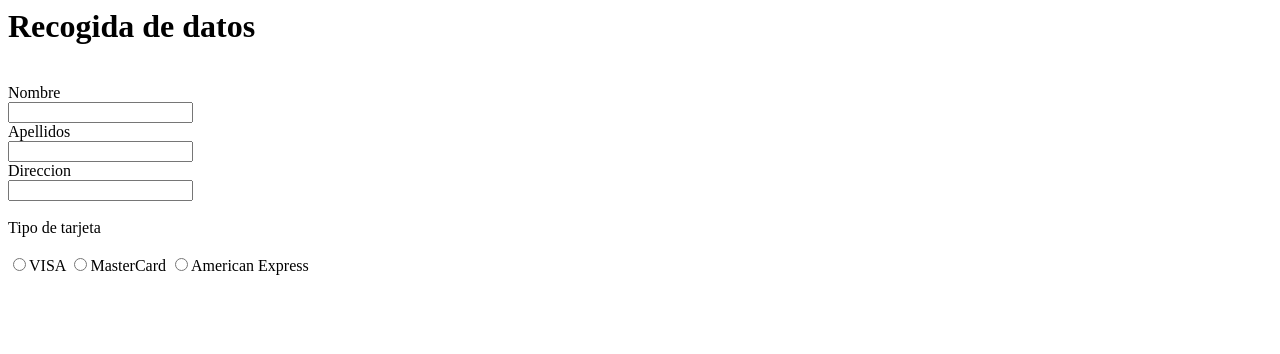
Repository: juvaga2000/eclipsetemp
Page: EjerciciosT1/src/main/webapp/ejer3.html
An editor plug-in stored every save of this project. The page is shown before and after the next save, followed by the edit.
The browser window is 1280 px wide. The pictures show the whole page.

Above is the page before, as saved 2022-10-03 11:56:07.

After the next save:
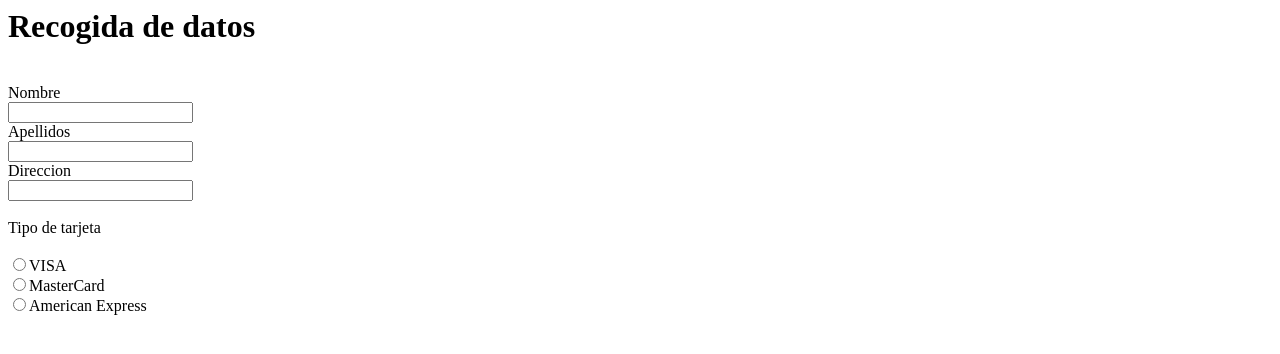
Saved 23 s later.
--- a/EjerciciosT1/src/main/webapp/ejer3.html
+++ b/EjerciciosT1/src/main/webapp/ejer3.html
@@ -15,8 +15,8 @@
 		<input type="text" name="direccion" value="">
 		<br><br>
 		Tipo de tarjeta<br><br>
-		<input type="radio" name="tarjeta" value="VISA">VISA
-		<input type="radio" name="tarjeta" value="MasterCard">MasterCard
+		<input type="radio" name="tarjeta" value="VISA">VISA<br>
+		<input type="radio" name="tarjeta" value="MasterCard">MasterCard<br>
 		<input type="radio" name="tarjeta" value="American Express">American Express
 	</form>
 </body>
